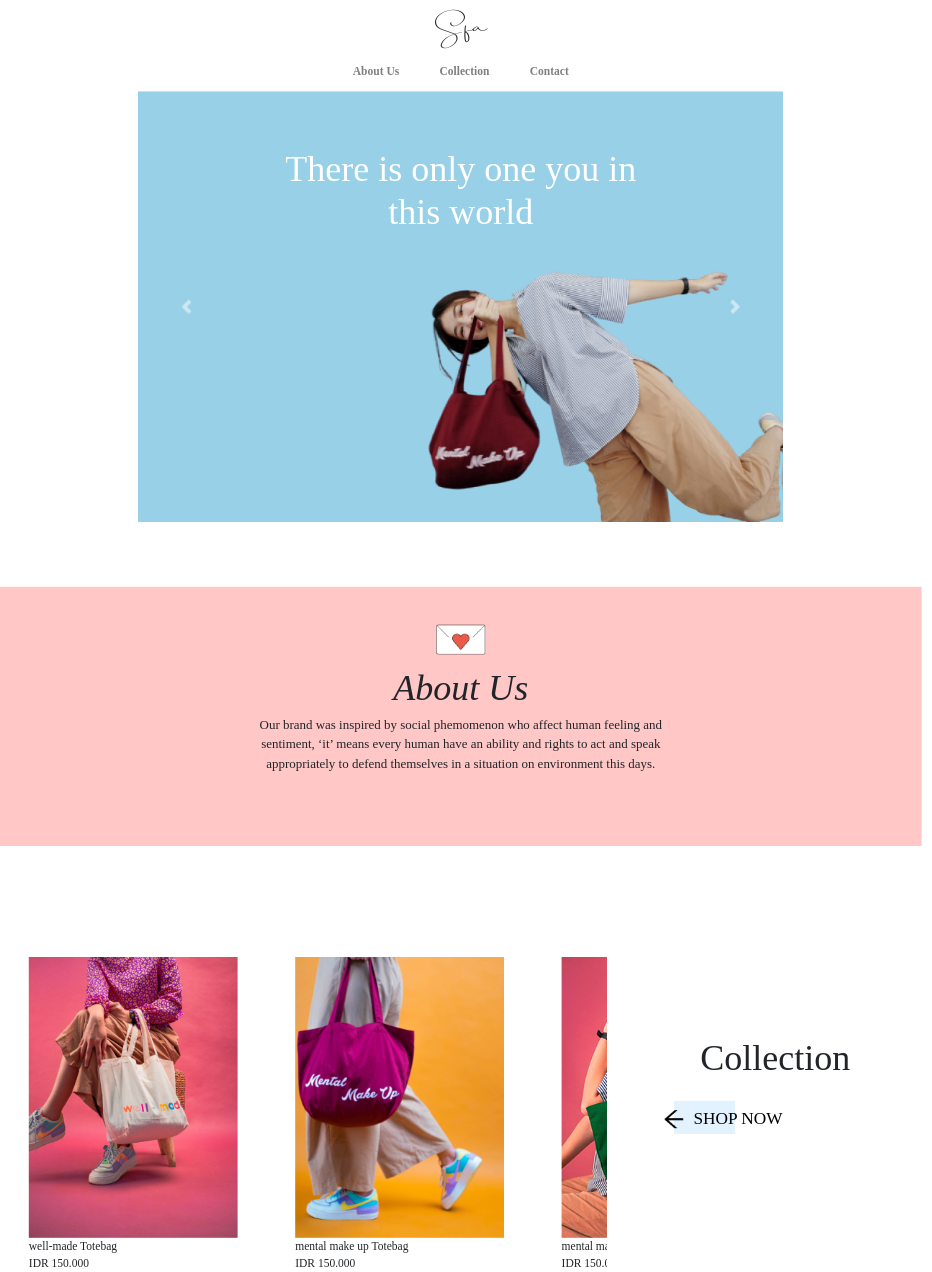
Repository: bismowibi/savoir
Page: index.html
An editor plug-in stored every save of this project. The page is shown before and after a run of saves, followed by the edit.
The browser window is 1280 px wide. The page is 1295 px wide, so the pictures cover 1295 px, including what lies to the right of the window. The pictures show the whole page, at 72% of full size.
Some web libraries are served in a nearby version.

Above is the page before, as saved 2020-04-04 03:30:05.

After the next 6 saves:
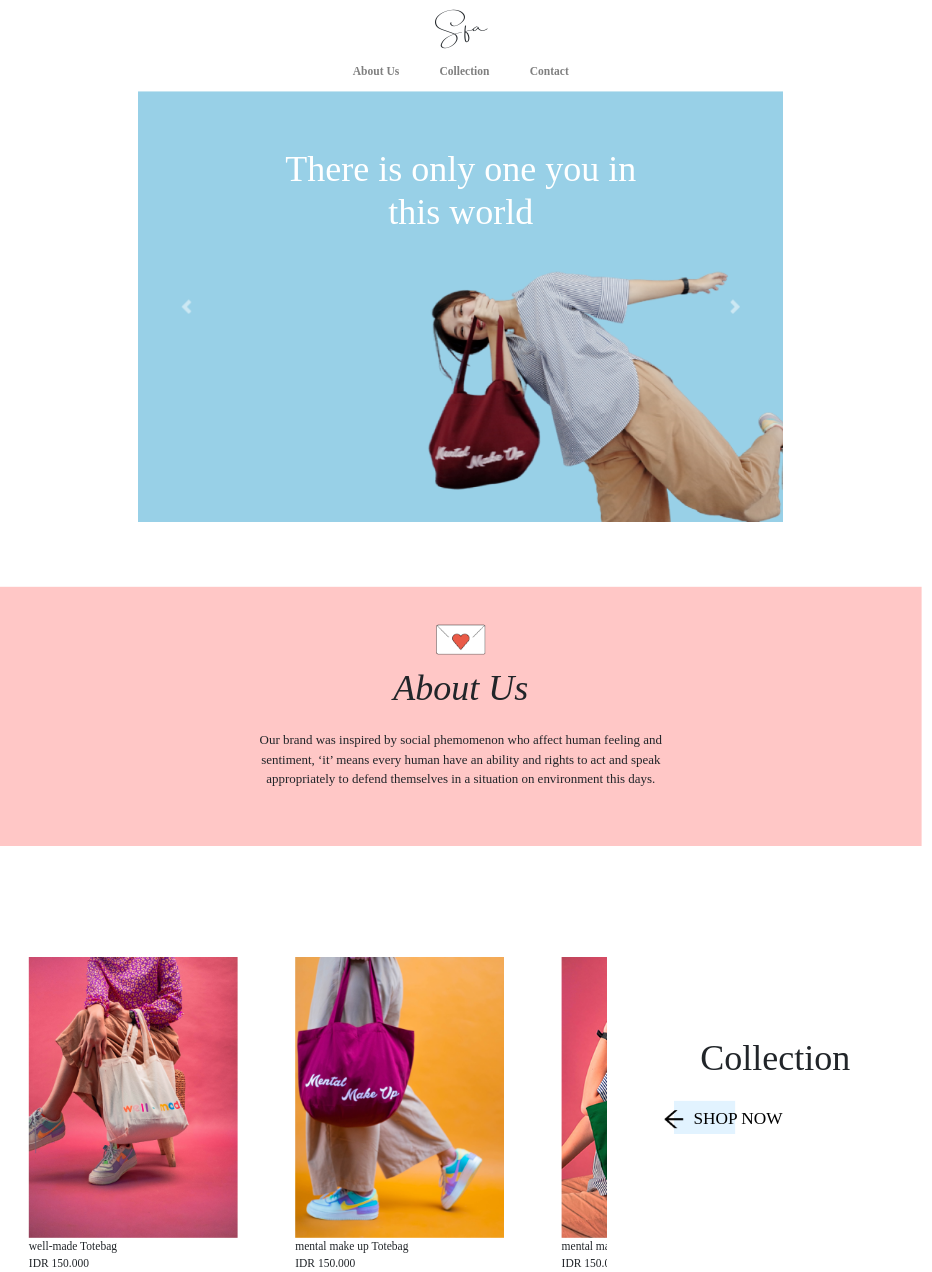
The 6 saves are shown as one change because they came seconds apart.
The last was saved 65 s later.
--- a/style.css
+++ b/style.css
@@ -93,6 +93,7 @@
 #about-us p{
     font-size: 18px;
     line-height: 27px;
+    margin-top:30px;
 }
 
 #about-us h2 {
